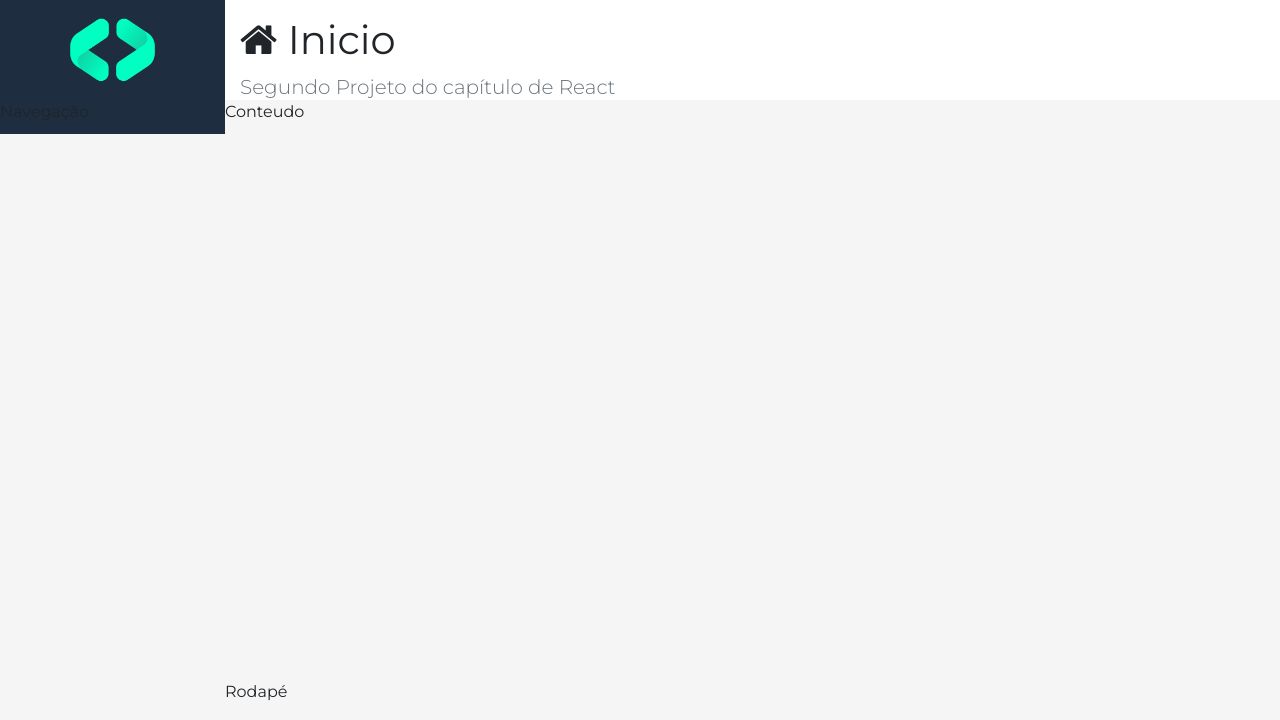
Repository: eversonps/projeto-cadastro-usuarios-firebase
Page: /users (app in frontend/)
These files come from the project's save history. The page is drawn as it stood at one moment and after the next save; the edit follows.
The browser window is 1280 px wide. The pictures show the whole page.
The project was rebuilt for these pictures with package versions that can differ from the ones it lists, and the page was loaded fresh each time. Also part of the build but not shown: frontend/src/components/template/nav.css, frontend/src/components/template/footer.css.

Above is the page before, as saved 2022-03-22 13:14:17.

After the next save:
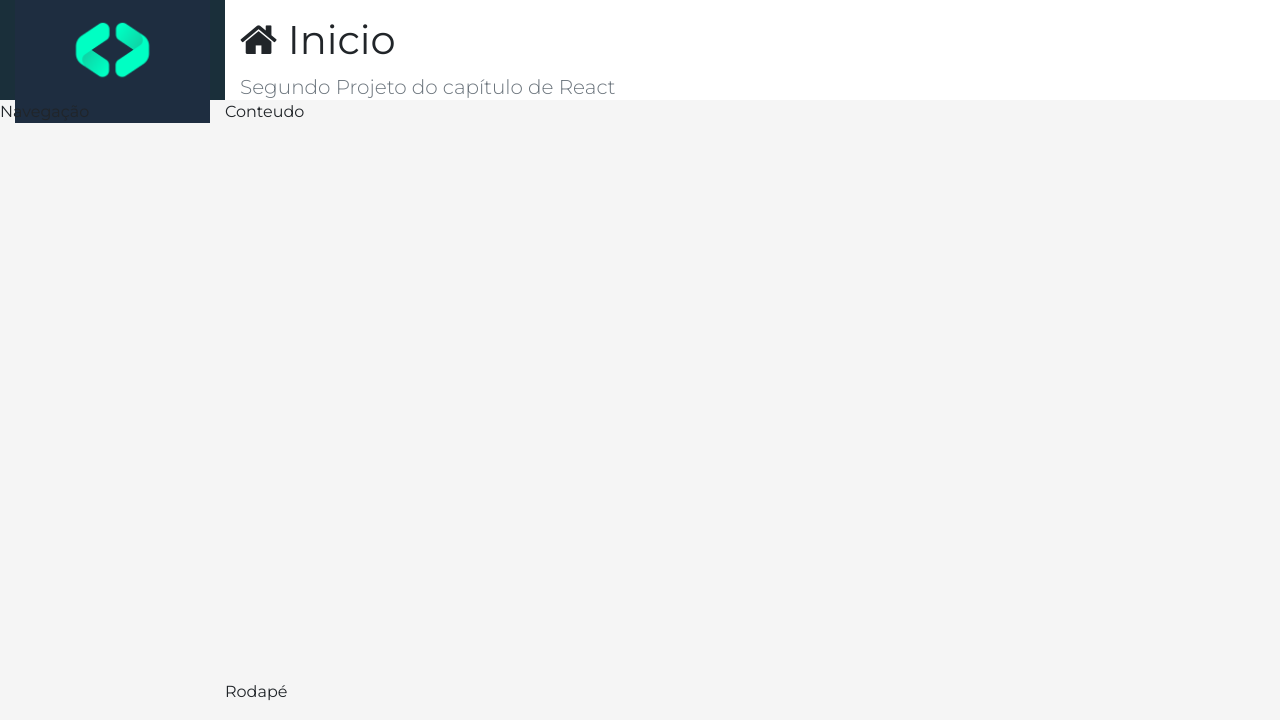
Saved 24 s later.
--- a/frontend/src/components/template/logo.css
+++ b/frontend/src/components/template/logo.css
@@ -6,5 +6,6 @@
 }
 
 aside.logo img {
+    padding: 0px 15px;
     width: 100%;
 }

After the save that followed:
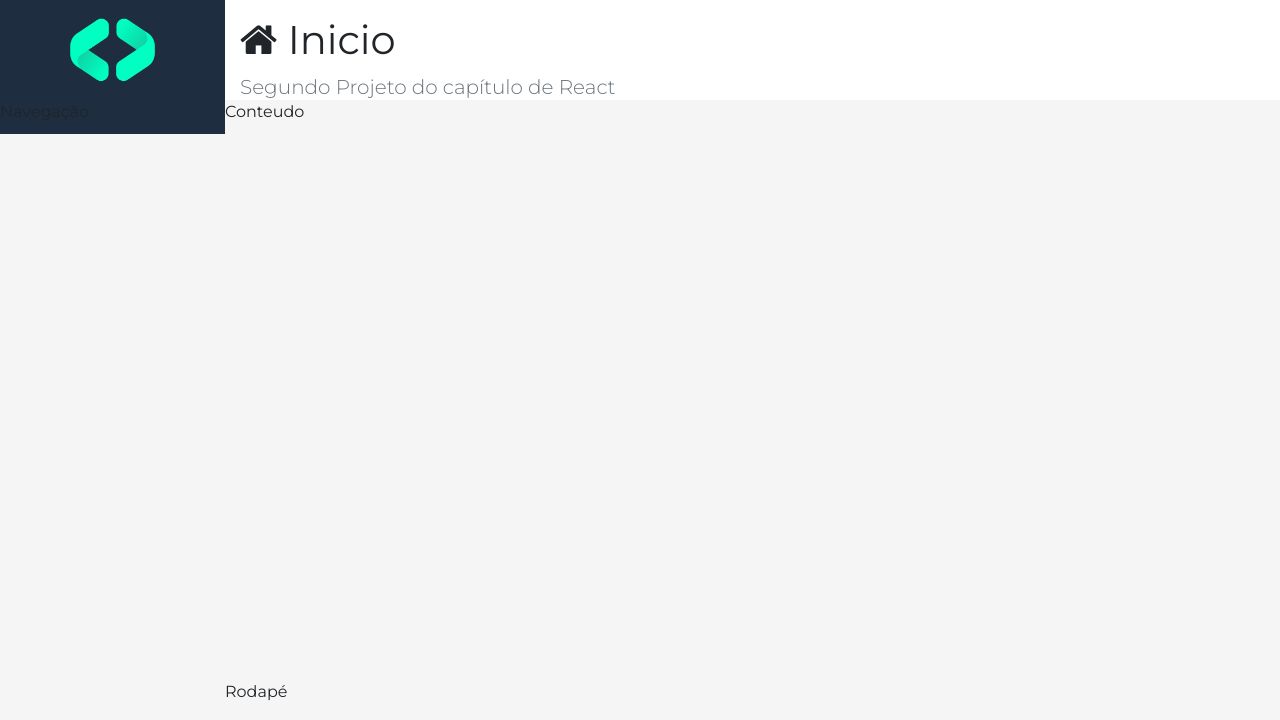
Saved 11 s later.
--- a/frontend/src/components/template/logo.css
+++ b/frontend/src/components/template/logo.css
@@ -6,6 +6,6 @@
 }
 
 aside.logo img {
-    padding: 0px 15px;
+    padding: 15px 0;
     width: 100%;
 }
